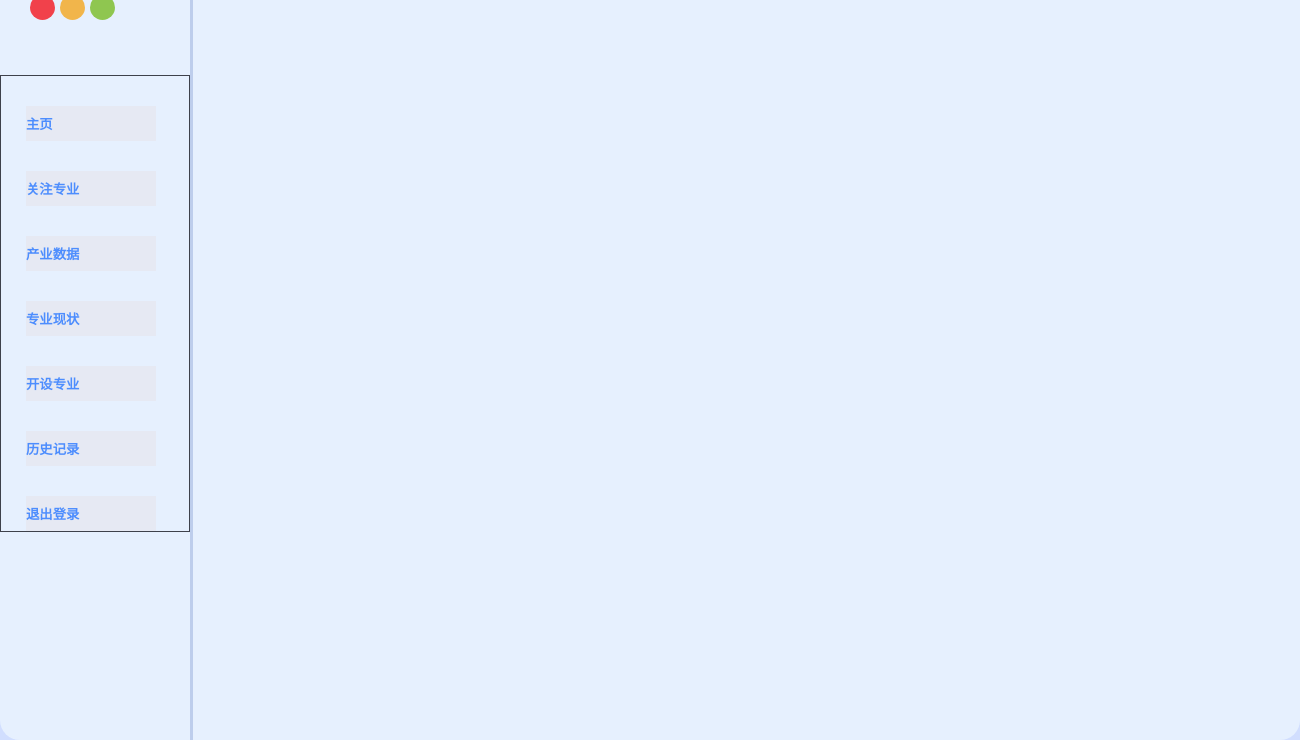
Repository: akaCSDN/test
Page: 2.1主页.html
The author's editor kept a copy of each file at every save. The page is drawn from the files as they stood at one save, then again after a run of saves.
The browser window is 1280 px wide. The page is 1300 px wide, so the pictures cover 1300 px, including what lies to the right of the window. The pictures show the whole page.

Above is the page before, as saved 2022-12-02 14:17:39.

After the next 3 saves:
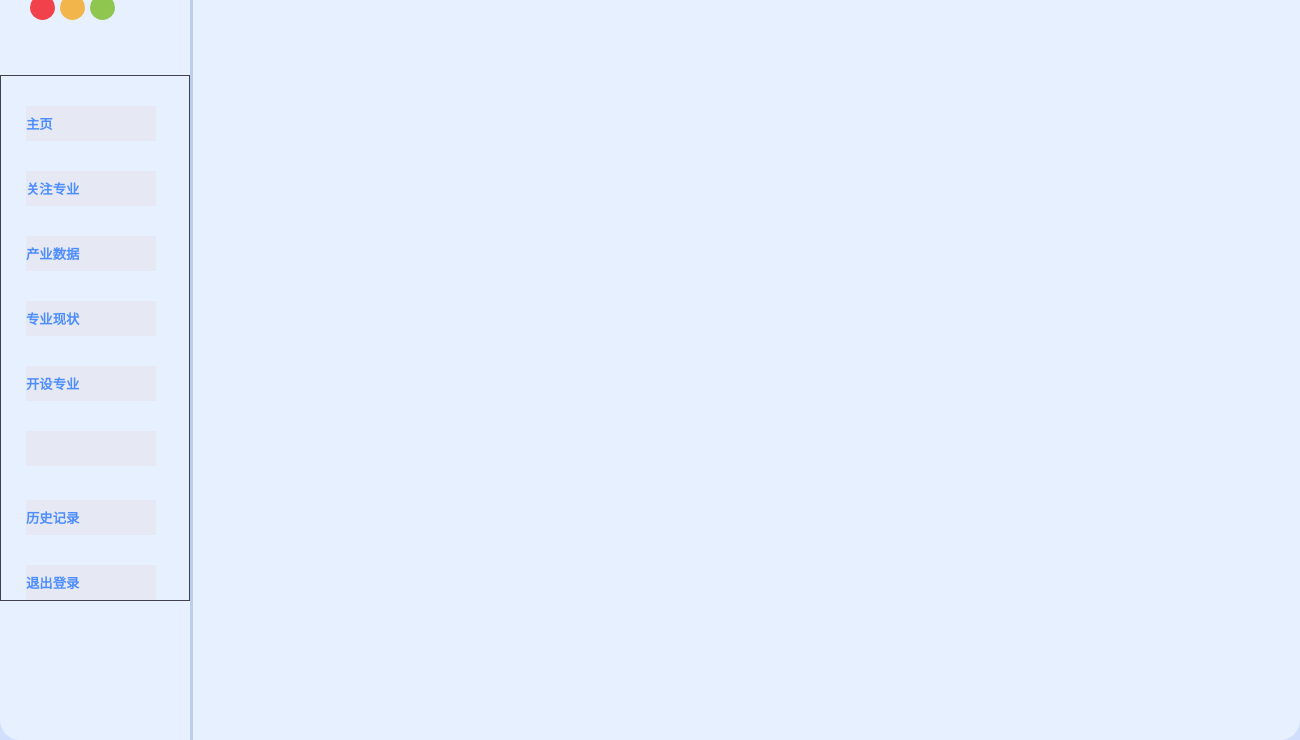
The 3 saves are shown as one change because they came seconds apart.
The last was saved 73 s later.
--- a/2.1主页.html
+++ b/2.1主页.html
@@ -91,6 +91,8 @@
                     <br>
                     <button>开设专业</button>
                     <br>
+                    <button></button>
+                    <br>
                     <button>历史记录</button>
                     <br>
                     <button>退出登录</button>
